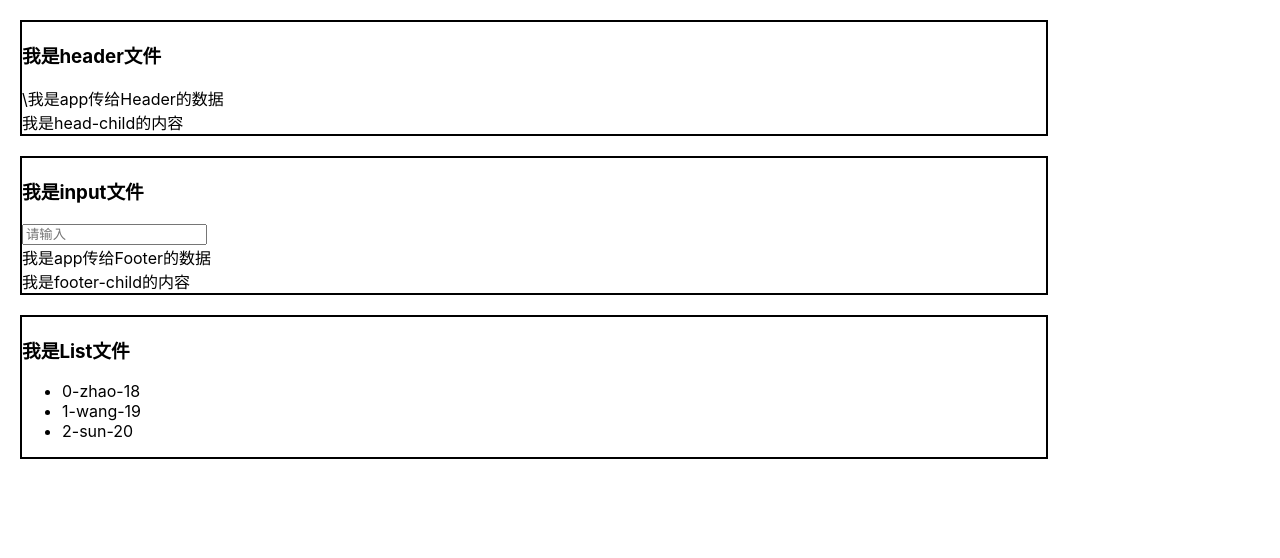
Repository: gy2986589/react-demo
Page: /
An editor plug-in stored every save of this project. The page is shown before and after the next save, followed by the edit.
The browser window is 1280 px wide. The pictures show the whole page.
The project was rebuilt for these pictures with package versions that can differ from the ones it lists, and the page was loaded fresh each time. Also part of the build but not shown: src/components/Like/Like.jsx.

Above is the page before, as saved 2020-07-02 23:10:30.

After the next save:
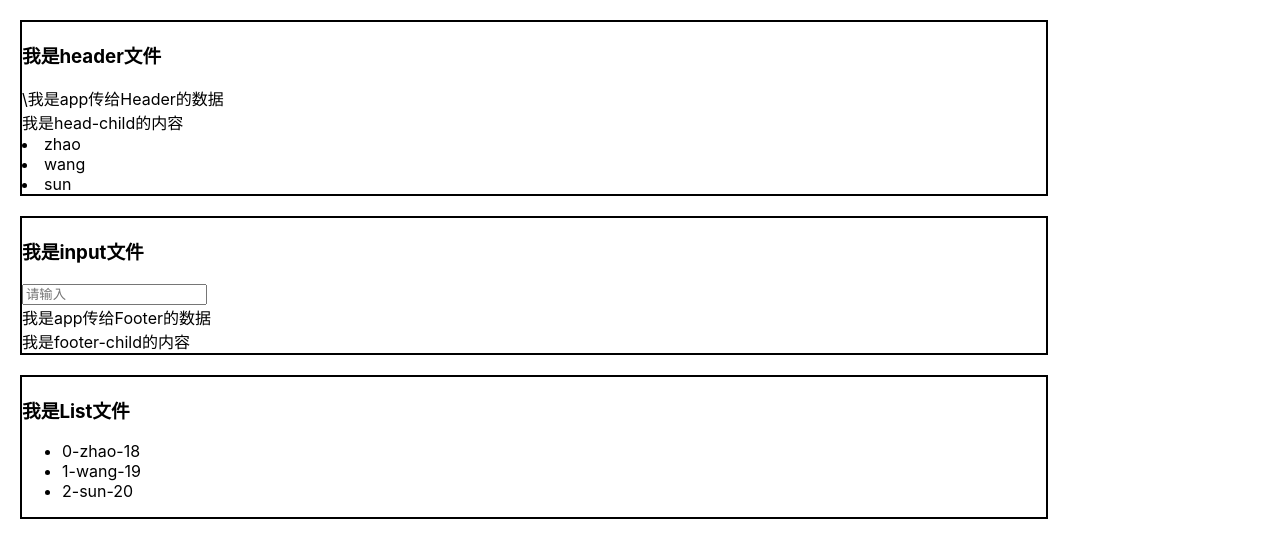
Saved 24 s later.
--- a/src/components/TodoHeader/TodoHeader.js
+++ b/src/components/TodoHeader/TodoHeader.js
@@ -47,6 +47,7 @@
                     console.log(this.data),
                     this.data.map(item=>{
                         console.log(item)
+                    return <li>{item.name}</li>
                     })
 
                 }

After the 2 saves that followed:
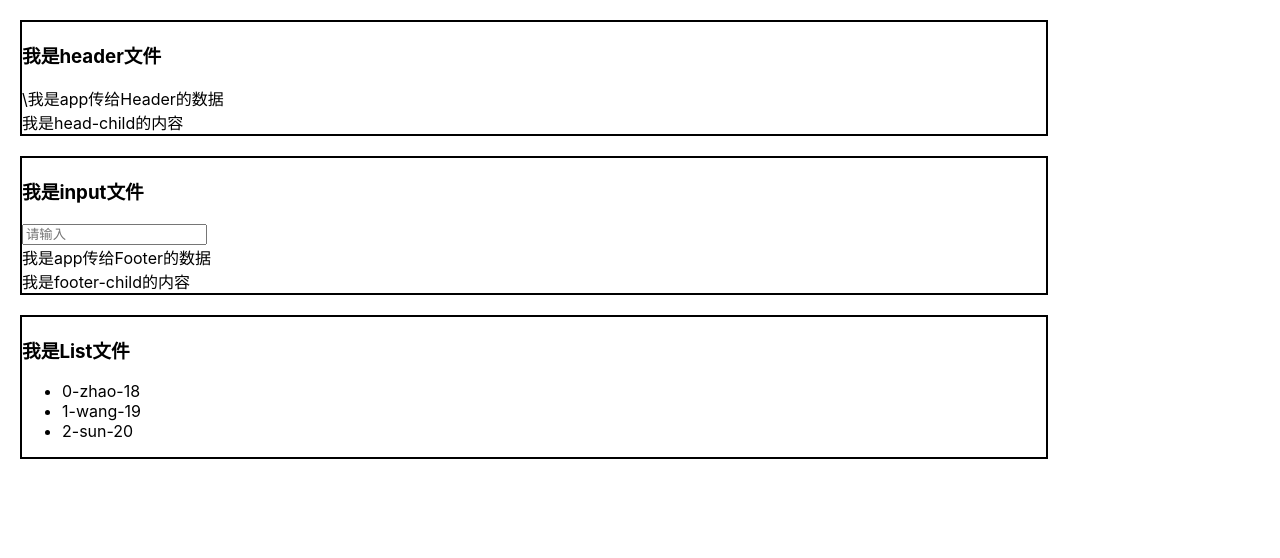
The 2 saves are shown as one change because 1 did not build or start.
The last was saved 20 s later.
--- a/src/components/TodoHeader/TodoHeader.js
+++ b/src/components/TodoHeader/TodoHeader.js
@@ -45,7 +45,7 @@
 
                 {
                     console.log(this.data),
-                    this.data.map(item=>{
+                    this.data.forEach(item=>{
                         console.log(item)
                     return <li>{item.name}</li>
                     })
